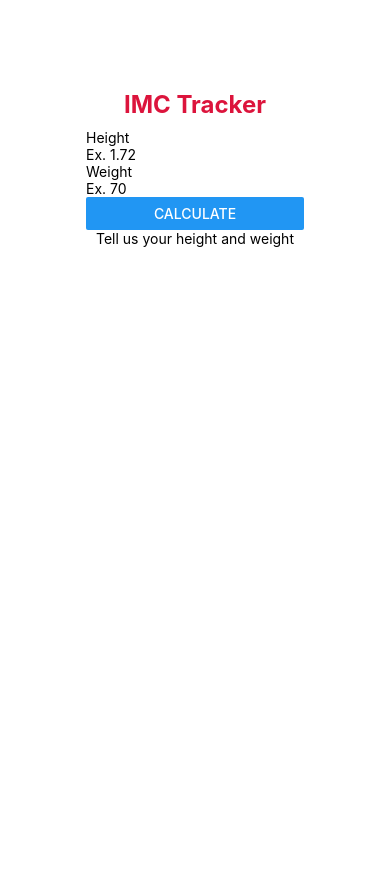
Repository: rubenmatias08/IMCTracker
Screen: /
The author's editor kept a copy of each file at every save. The screen is drawn from the files as they stood at one save, then again after the next save.
The app was drawn by React Native's web renderer in a window 390 px wide. The project was rebuilt for these pictures with package versions that can differ from the ones it lists, and the page was loaded fresh each time.

Above is the screen before, as saved 2024-03-10 17:24:57.

### App.js
import { StyleSheet, View } from 'react-native';
import Title from './src/components/Title';
import Form from './src/components/Form/index'

export default function App() {
  return (
    <View style={styles.container}>
      <Title/>
      <Form />
    </View>
  );
}

const styles = StyleSheet.create({
  container: {
    flex: 1,
    backgroundColor: 'f8f8ff',
    paddingTop: 80,

  },
});



/*
   alignItems: 'center',
    justifyContent: 'center',

*/

### src/components/Title/index.js
import React from "react";
import { View,Text } from "react-native"; //Componentes
import styles from "./style";

export default function Title(){
    return(
        <View style={styles.boxTitle}>
            <Text style={styles.textTitle}>IMC Tracker</Text>
        </View>
    )
}

//Para aplicar a estilização colocamos: style={nomedoficheiroimportado.propriedadeJSON}

### src/components/Form/index.js
import React , {useState} from "react";
import { TextInput, View, Text, Button } from "react-native";
import ResultIMC from "./ResultIMC";
import styles from "./style";


export default function Form(){

    const [height, setHeight] = useState(null); // Altura
    const [weight, setWeight] = useState(null); // Peso
    const [messageIMC, setmessageIMC] = useState("Tell us your height and weight"); // Mensagem que contem o resultado
    const [imc,setIMC] = useState(null); // valor do IMC
    const [textButton, setTextButton] = useState("Calculate"); //

    //Calcular o imc é altura x altura a dividir por peso
    //E vamos querer que nos retorne o resultado (toFixed) que é para vir com 2 casas decimais apenas.
    function CalculatorIMC(){
        return setIMC((weight / (height * height)).toFixed(2))
    }

    //Caso os valores tiverem sido preenchidos ele valida, caso contrário temos de avisar o usuário para preencher os dados de altura e peso.
    //Aqui com a condição é: Caso os valores de height e weight sejam diferentes de null, ou seja, estão preenchidos... Chama a função CalculatorIMC() que fará o calculo que depois nos dá o resultado.
    function ValidationIMC(){
        if(height != null && weight != null){
            CalculatorIMC() //Função do calculo
            setHeight(null) //Reset de height para que se faça depois um novo calculo
            setWeight(null) //Reset de weight para que se faça depois um novo calculo
            setmessageIMC("Your IMC is:") //Mensagem para apresentar o resultado
            setTextButton("Calculate again") //Botão com mensagem
            return //Depois de tudo isto... Retorna-nos.
        }
        setIMC(null) //caso o peso e altura sejam nulos, colocamos o imc como nulo também para que não haja resposta de possiveis calculos anteriores
        setTextButton("Calculate") //Para voltar a apresentar o texto original
        setmessageIMC("Tell us your height and weight") //Para voltar a apresentar o texto original

    }


    return(
        <View style={styles.formContext}>
            <View>
                <Text>Height</Text>
                <TextInput
                onChangeText={setHeight}
                value={height}
                placeholder="Ex. 1.72"
                keyboardType="numeric"
                />

                <Text>Weight</Text>
                <TextInput
                onChangeText={setWeight}
                value={weight}
                placeholder="Ex. 70"
                keyboardType="numeric"
                />

                <Button
                onPress={() => ValidationIMC()}
                title={textButton}/>

            </View>
            <ResultIMC messageResultImc={messageIMC} resultImc={imc}/>
        </View>
    )
}

//O keyboardType indica qual o tipo de teclado que ele vai abrir
//No <ResultIMC> leva duas props com propriedades dinamicas.

### src/components/Title/style.js
import { StyleSheet } from "react-native";

const styles = StyleSheet.create( {
    boxTitle: {
        alignItems: "center",
        justifyContent: "center",
        padding: 10,
    },
    textTitle: {
        color:"#DC143C",
        fontSize:24,
        fontWeight:"bold"
    }
});

export default styles;

### src/components/Form/ResultIMC/index.js
import React from "react";
import { View , Text } from "react-native";

export default function ResultIMC(props){
    return(
        <View>
            <Text>{props.messageResultImc}</Text>
            <Text>{props.resultImc}</Text>
        </View>
    )
}

//Neste componente vai ser mostrado o resultado do valor de IMC e uma mensagem com o valor desse IMC.

### src/components/Form/style.js
import { StyleSheet } from "react-native";

const styles = StyleSheet.create( {
    formContext: {
        width:"100%",
        height:"100%",
        bottom:0,
        backgroundColor:"#ffffff",
        alignItems:"center"
    }
});

export default styles;

After the next save:
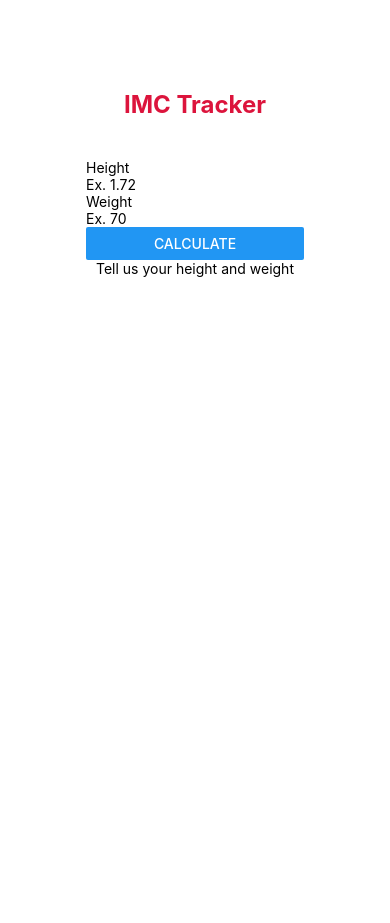
Saved 34 s later.
--- a/src/components/Form/style.js
+++ b/src/components/Form/style.js
@@ -6,7 +6,8 @@ const styles = StyleSheet.create( {
         height:"100%",
         bottom:0,
         backgroundColor:"#ffffff",
-        alignItems:"center"
+        alignItems:"center",
+        marginTop:30,
     }
 });
 
